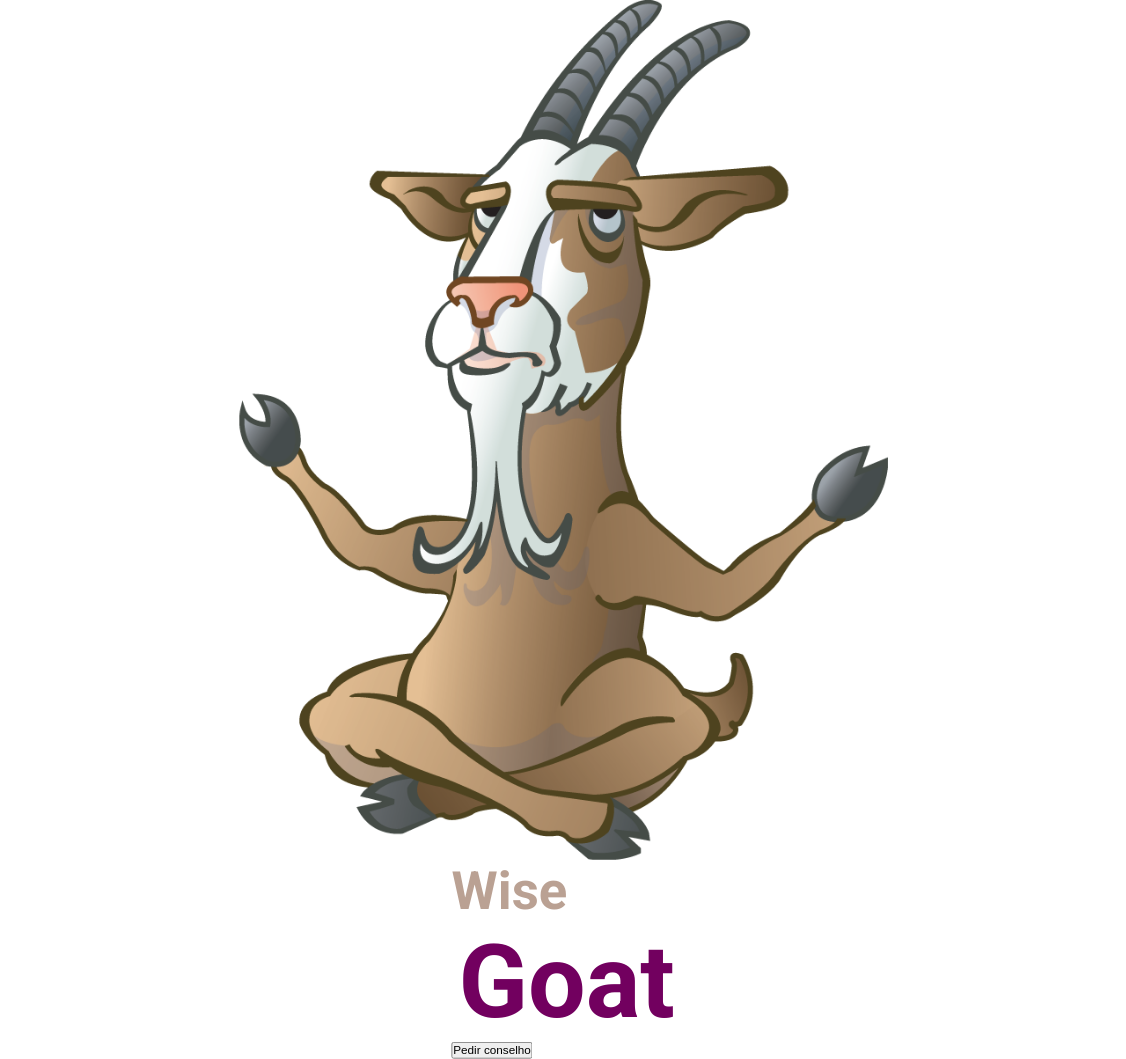
Repository: RickHub2002/Wise-Goat
Page: index.html
The author's editor kept a copy of each file at every save. The page is drawn from the files as they stood at one save, then again after the next save.
The browser window is 1280 px wide. The pictures show the whole page, at 88% of full size.
The style sheet was rebuilt from its Sass, Less or Tailwind sources for each picture, by a compiler version that may differ from the author's.

Above is the page before, as saved 2025-01-16 13:37:38.

### index.html
<!DOCTYPE html>
<html lang="en">
<head>
    <meta charset="UTF-8">
    <meta name="viewport" content="width=device-width, initial-scale=1.0">

    <!--FONTES-->
    <link rel="preconnect" href="https://fonts.googleapis.com">
    <link rel="preconnect" href="https://fonts.gstatic.com" crossorigin>
    <link href="https://fonts.googleapis.com/css2?family=Roboto:ital,wght@0,100..900;1,100..900&display=swap" rel="stylesheet">

    <link rel="stylesheet" href="css/main.css">
    <title>Wise Goat</title>
</head>
<body>
    <div id="left-content">
        <h2>
            Wise
            <span>Goat</span>
        </h2>
        <button>Pedir conselho</button>
    </div>
    <!--left-content-->
    <img src="./assets/bodezinho.png" />
</body>
</html>

### sass/main.sass
@import 'base.sass'
@import '_mixins.sass'
@import '_variables.sass'


body
    @include centralizar
    flex-direction: column

    font-family: 'Roboto'

    font-size: 1rem

    #left-content
        @include centralizar(center, flex-start)
        flex-direction: column
        gap: -1rem

        order: 2

        h2
            color: $bege

            font-size: 3.75rem

            word-spacing: -4rem

            span
                display: block

                color: $roxo

                font-size: 7.25rem

                margin-left: 8px

### sass/_base.sass
@import '_mixins.sass'

*
    margin: 0
    padding: 0
    box-sizing: border-box

### sass/_mixins.sass
@import '_variables.sass'

@mixin centralizar($justify: center, $align: center)
    display: flex
    justify-content: $justify
    align-items: $align

### sass/_variables.sass
//CORES

$roxo: #72005F
$bege: #BAA193

After the next save:
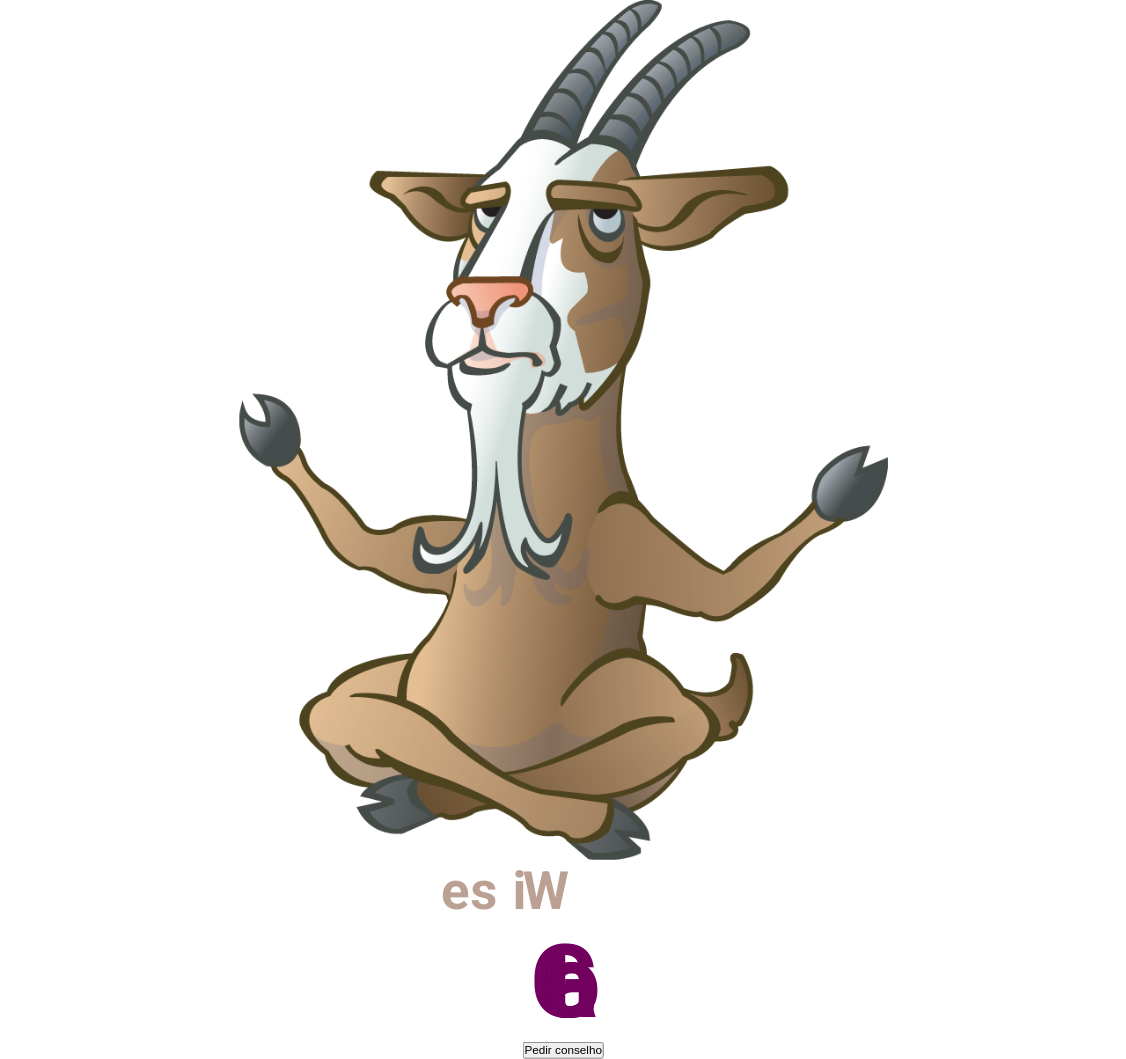
Saved 41 s later.
--- a/sass/main.sass
+++ b/sass/main.sass
@@ -23,7 +23,7 @@
 
             font-size: 3.75rem
 
-            word-spacing: -4rem
+            letter-spacing: -4rem
 
             span
                 display: block
